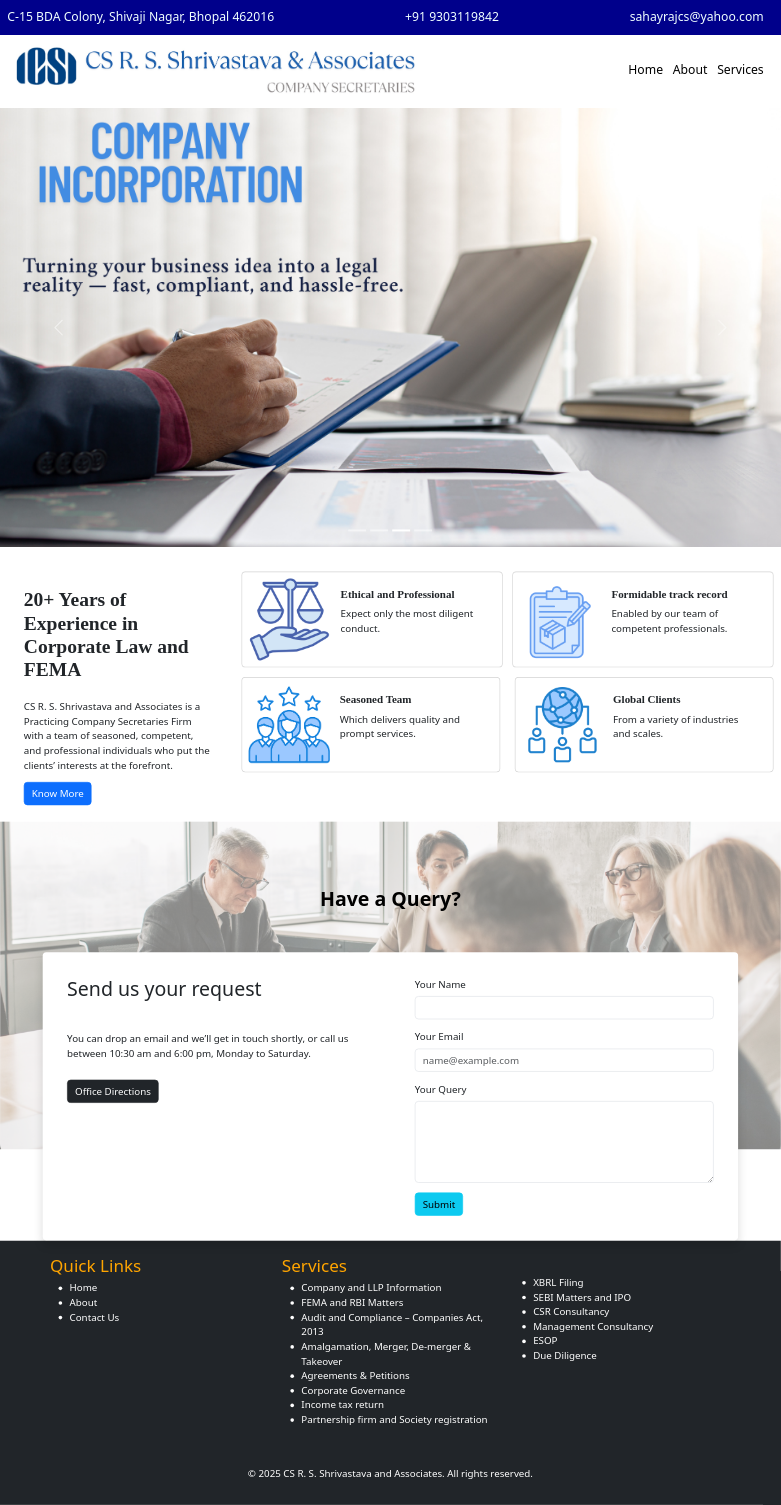
Repository: aayushiss/CS-RSS
Page: index.html
The author's editor kept a copy of each file at every save. The page is drawn from the files as they stood at one save, then again after the next save.
The browser window is 1280 px wide. The pictures show the whole page, at 61% of full size.

Above is the page before, as saved 2025-05-27 18:14:24.

### index.html
<!DOCTYPE html>
<html lang="en">

<head>
  <meta charset="UTF-8">
  <meta name="viewport" content="width=device-width, initial-scale=1.0">
  <title>R. S. Shrivastava</title>
  <link href="https://cdn.jsdelivr.net/npm/bootstrap@5.3.3/dist/css/bootstrap.min.css" rel="stylesheet"
    integrity="sha384-QWTKZyjpPEjISv5WaRU9OFeRpok6YctnYmDr5pNlyT2bRjXh0JMhjY6hW+ALEwIH" crossorigin="anonymous">
  <link rel="stylesheet" type="text/css" href="/style.css">
</head>

<body>
  <nav class="navbar fixed-top custom-navbar">
    <div class="container-fluid d-flex justify-content-between">
      <a class="navbar-brand"
        href="https://www.google.com/maps/place/R+S+SHRIVASTAVA+%26+ASSOCIATES/@23.2288499,77.4244091,17z/data=!3m1!4b1!4m6!3m5!1s0x397c425fada83073:0xcb1e8ba90a487f4e!8m2!3d23.228845!4d77.426984!16s%2Fg%2F1td0r8v9?entry=ttu&g_ep=EgoyMDI1MDUxMi4wIKXMDSoASAFQAw%3D%3D"
        target="_blank">C-15 BDA Colony, Shivaji Nagar, Bhopal 462016</a>
      <a class="navbar-brand" href="" tel:+919303119842"">+91 9303119842</a>
      <a class="navbar-brand" href="mailto:sahayrajcs@yahoo.com">sahayrajcs@yahoo.com</a>
    </div>
  </nav>
  <div class="navbar-space"></div>

  <nav class="navbar sticky-top second-navbar bg-white">
    <div class="container-fluid d-flex justify-content-between align-items-center">
      <a class="navbar-brand" href="index.html">
        <img src="images/icsi logo.jpg" alt="Logo" height="100rem" class="d-inline-block align-text-top">
      </a>
      <!-- </div> -->
      <div class="d-flex">
        <a class="navbar-brand" href="index.html">Home</a>
        <a class="navbar-brand" href="about.html">About</a>
        <a class="navbar-brand" href="services.html">Services</a>
        <!-- <a class="navbar-brand" href="pooja.html">Wife</a> -->
      </div>
  </nav>

  <div id="carouselExampleCaptions" class="carousel slide" data-bs-ride="carousel" data-bs-interval="2000"
    data-bs-pause="false">
    <div class="carousel-indicators">
      <button type="button" data-bs-target="#carouselExampleCaptions" data-bs-slide-to="0" class="active"
        aria-current="true" aria-label="Slide 1"></button>
      <button type="button" data-bs-target="#carouselExampleCaptions" data-bs-slide-to="1"
        aria-label="Slide 2"></button>
      <button type="button" data-bs-target="#carouselExampleCaptions" data-bs-slide-to="2"
        aria-label="Slide 3"></button>
      <button type="button" data-bs-target="#carouselExampleCaptions" data-bs-slide-to="3"
        aria-label="Slide 4"></button>
    </div>
    <div class="carousel-inner">
      <div class="carousel-item active">
        <img src="images/Trusted corporate governance partner.png" class="d-block w-100" alt="...">
        <div class="carousel-caption d-none d-md-block">
          <!-- <h5>First slide label</h5>
              <p>Some representative placeholder content for the first slide.</p> -->
        </div>
      </div>
      <div class="carousel-item">
        <img src="images/LegalConsultancy.png" class="d-block w-100" alt="...">
      </div>
      <div class="carousel-item">
        <img src="images/companyIncorporation.png" class="d-block w-100" alt="...">
      </div>
      <div class="carousel-item">
        <img src="images/AnnualReturnFiling.png" class="d-block w-100" alt="...">
      </div>
    </div>
    <button class="carousel-control-prev" type="button" data-bs-target="#carouselExampleCaptions" data-bs-slide="prev">
      <span class="carousel-control-prev-icon" aria-hidden="true"></span>
      <span class="visually-hidden">Previous</span>
    </button>
    <button class="carousel-control-next" type="button" data-bs-target="#carouselExampleCaptions" data-bs-slide="next">
      <span class="carousel-control-next-icon" aria-hidden="true"></span>
      <span class="visually-hidden">Next</span>
    </button>
  </div>
  <div class="container-fluid" style="margin-top: 40px;">

    <div class="row">
      <div class="col-auto" style="width: 30vw;">
        <div class="card" style="border-color: white;">
          <div class="card-body">
            <h5 class="card-title">20+ Years of
              Experience in Corporate Law and FEMA</h5>
            <p class="card-text" style="padding-top: 20px">CS R. S. Shrivastava and Associates is a Practicing Company
              Secretaries Firm with a team of seasoned, competent, and professional individuals who put the clients’
              interests at the forefront.</p>
            <a href="about.html" class="btn btn-primary">Know More</a>
          </div>
        </div>
      </div>
      <div class="col">
        <div class="row row-cols-2 g-3">
          <div class="col">
            <div class="card mb-3">
              <div class="row g-0">
                <div class="col-md-4">
                  <img src="images/8629542.png" class="img-fluid rounded-start" alt="...">
                </div>
                <div class="col-md-8">
                  <div class="card-body">
                    <h5 class="card-title">Ethical and Professional</h5>
                    <p class="card-text">Expect only the most diligent conduct.</p>
                  </div>
                </div>
              </div>
            </div>
          </div>
          <div class="col">
            <div class="card mb-3">
              <div class="row g-0">
                <div class="col-md-4">
                  <img src="images/16919209.png" class="img-fluid rounded-start" alt="...">
                </div>
                <div class="col-md-8">
                  <div class="card-body">
                    <h5 class="card-title">Formidable track record</h5>
                    <p class="card-text">Enabled by our team of competent professionals.</p>
                  </div>
                </div>
              </div>
            </div>
          </div>
        </div>
        <div class="row">
          <div class="col">
            <div class="card mb-3">
              <div class="row g-0">
                <div class="col-md-4">
                  <img src="images/images.png" class="img-fluid rounded-start" alt="...">
                </div>
                <div class="col-md-8">
                  <div class="card-body">
                    <h5 class="card-title">Seasoned Team
                    </h5>
                    <p class="card-text">Which delivers quality and prompt services.</p>
                  </div>
                </div>
              </div>
            </div>
          </div>
          <div class="col">
            <div class="card mb-3">
              <div class="row g-0">
                <div class="col-md-4">
                  <img src="images/11743537.png" class="img-fluid rounded-start" alt="...">
                </div>
                <div class="col-md-8">
                  <div class="card-body">
                    <h5 class="card-title">Global Clients
                    </h5>
                    <p class="card-text">From a variety of industries and scales.</p>
                  </div>
                </div>
              </div>
            </div>
          </div>
        </div>
      </div>
    </div>
  </div>

  <div class="position-relative" style="margin-bottom: 150px;" id="contact-section">
    <img src="images/haveAQuery.jpg" class="img-fluid" alt="..." style="opacity: .5;">
    <h2 class="position-absolute start-50 translate-middle-x text-black fw-bold" style="top: 20%;">
      Have a Query?
    </h2>

    <div class="container-md position-absolute start-50 translate-middle-x" style="top: 40%;">
      <div class="row bg-white rounded shadow">
        <div class="col" style="padding: 40px;">
          <h2>Send us your request</h2>
          <p style="margin-top: 50px;">
            You can drop an email and we’ll get in touch shortly, or call us between 10:30 am and 6:00 pm, Monday to
            Saturday.
          </p>
          <div class="btn btn-dark" style="margin-top: 1rem;">
            <a href="https://www.google.com/maps/place/R+S+SHRIVASTAVA+%26+ASSOCIATES/@23.2288499,77.4244091,17z/data=!3m1!4b1!4m6!3m5!1s0x397c425fada83073:0xcb1e8ba90a487f4e!8m2!3d23.228845!4d77.426984!16s%2Fg%2F1td0r8v9?entry=ttu&g_ep=EgoyMDI1MDUxMi4wIKXMDSoASAFQAw%3D%3D"
              style="color: white; text-decoration: none; padding-top: 20px;" target="_blank">Office Directions</a>
          </div>
        </div>
        <div class="col" style="padding: 40px;">
          <form id="form">
            <div class="mb-3">
              <label for="name" class="form-label">Your Name</label>
              <input class="form-control" id="name" required>
            </div>
            <div class="mb-3">
              <label for="email" class="form-label">Your Email</label>
              <input type="email" class="form-control" id="email" placeholder="name@example.com" required>
            </div>
            <div class="mb-3">
              <label for="query" class="form-label">Your Query</label>
              <textarea class="form-control" id="query" rows="5"></textarea>
            </div>
            <button type="submit" class="btn btn-info">Submit</button>
        </div>
        </form>
      </div>
    </div>
  </div>
  </div>
  <footer class="bg-dark text-white py-4 mt-5">
    <div class="container">
      <div class="row">
        <div class="col">
          <h3>Quick Links</h3>
          <ul class="footer-links">
            <li><a href="index.html">Home</a></li>
            <li><a href="about.html">About</a></li>
            <li><a href="#contact-section">Contact Us</a></li>
          </ul>
        </div>
        <div class="col">
          <h3>Services</h3>
          <ul class="footer-links">
            <li><a href="services.html#Company-and-LLP-Info">Company and LLP Information</a></li>
            <li><a href="services.html#FEMA-and-RBI-Matters">FEMA and RBI Matters</a></li>
            <li><a href="services.html#Audit-and-Compliance">Audit and Compliance – Companies Act, 2013</a></li>
            <li><a href="hncjsd">Amalgamation, Merger, De-merger & Takeover</a></li>
            <li><a href="hncjsd">Agreements & Petitions</a></li>
            <li><a href="hncjsd">Corporate Governance</a></li>
            <li><a href="hncjsd">Income tax return</a></li>
            <li><a href="hncjsd">Partnership firm and Society registration</a></li>
          </ul>
        </div>
        <div class="col" style="margin-top: 2rem;">
          <ul class="footer-links">
            <li><a href="hncjsd">XBRL Filing</a></li>
            <li><a href="hncjsd">SEBI Matters and IPO</a></li>
            <li><a href="hncjsd">CSR Consultancy</a></li>
            <li><a href="hncjsd">Management Consultancy</a></li>
            <li><a href="hncjsd">ESOP</a></li>
            <li><a href="hncjsd">Due Diligence</a></li>
          </ul>
        </div>
      </div>

    </div>
    <p class="text-center mt-5">&copy; 2025 CS R. S. Shrivastava and Associates. All rights reserved.</p>
  </footer>

  <script src="main.js"></script>

  <script src="https://cdn.jsdelivr.net/npm/bootstrap@5.3.3/dist/js/bootstrap.bundle.min.js"
    integrity="sha384-YvpcrYf0tY3lHB60NNkmXc5s9fDVZLESaAA55NDzOxhy9GkcIdslK1eN7N6jIeHz"
    crossorigin="anonymous"></script>
</body>

</html>

### style.css
.custom-navbar {
    background-color: darkblue;
}

.custom-navbar .navbar-brand {
    color: azure;
}

.navbar-space {
    margin-top: 50px;
}

.second-navbar .navbar-brand {
    color: black;
}

.custom-card {
    height: 25vh;
}

.custom-card .card-img {
    height: 100%;
    object-fit: cover;
}

.container-fluid .card {
    padding: 10px;
}

.container-fluid .card-title {
    font-family: 'Times New Roman', Times, serif;
    font-weight: bold;
    font-size: xx-large;
}

.container-fluid .col-md-8 .card-title {
    font-family: 'Times New Roman', Times, serif;
    font-size: large;
}

.footer-links ul {
    list-style: none;
    text-decoration: none;
}

.footer-links a {
    color: white;
    text-decoration: none;
}

h3{
    color: orange;
}

### main.js
console.log("Script loaded!");

document.getElementById("form").addEventListener("submit", async function(e) {
    e.preventDefault();

    const name = document.getElementById("name").value;
    const email = document.getElementById("email").value;
    const query = document.getElementById("query").value;

    try {
      const response = await fetch("https://noisy-lucia-aayushiss-org-1509952b.koyeb.app/submit-form", {
        method: "POST",
        headers: {
          "Content-Type": "application/json",
        },
        body: JSON.stringify({ name, email, query }),
      });

      const data = await response.json();
      if (response.ok) {
        alert("Query submitted successfully!");
        document.getElementById("form").reset(); // 👈 Clears all form fields
      } else {
        alert(data.message || "Submission failed.");
      }
    } catch (error) {
      console.error(error);
      alert("There was an error submitting the form.");
    }
  });

After the next save:
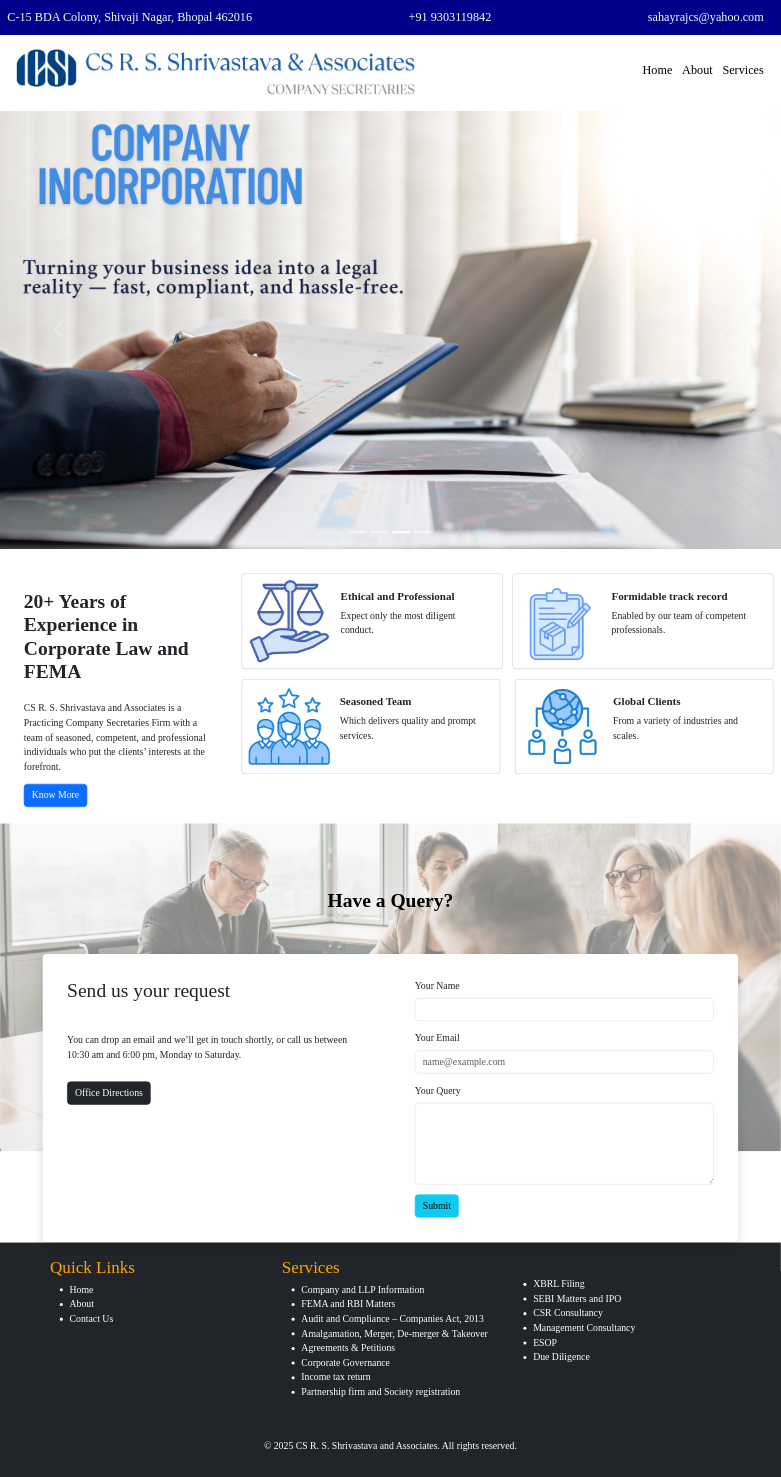
Saved 69 s later.
--- a/style.css
+++ b/style.css
@@ -1,3 +1,7 @@
+body{
+    font-family: 'Times New Roman', Times, serif;
+}
+
 .custom-navbar {
     background-color: darkblue;
 }
